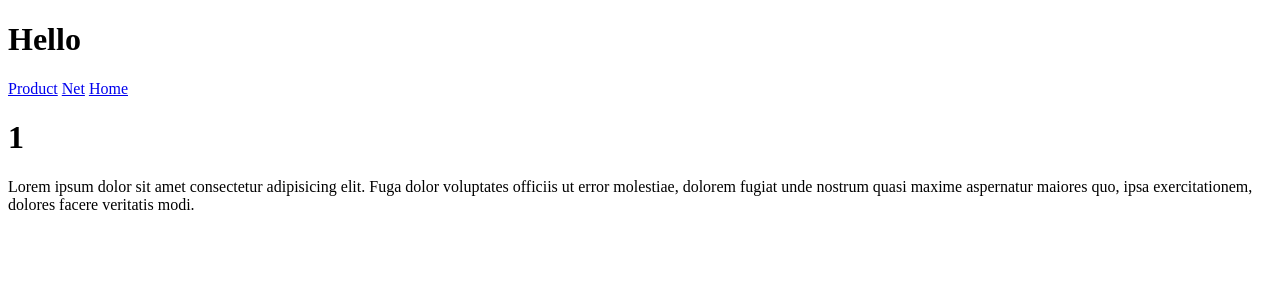
Repository: Nguyen-Toan-2004/du-an-test
Page: index.html
These files come from the project's save history. The page is drawn as it stood at one moment and after a run of saves; the edit follows.
The browser window is 1280 px wide. The pictures show the whole page.

Above is the page before, as saved 2025-10-20 19:52:28.

### index.html
<!DOCTYPE html>
<html lang="en">
  <head>
    <meta charset="UTF-8" />
    <meta name="viewport" content="width=device-width, initial-scale=1.0" />
    <title>Index</title>
  </head>
  <style>
    p{
      display: grid;
      grid-template-columns: repeat();

    }
  </style>
  <body>
    <h1>Hello</h1>
    <a href="product.htm">Product</a>
    <a href="net.htm">Net</a>
    <a href="home.html">Home</a>
    <h1>1</h1>
    <p>
      Lorem ipsum dolor sit amet consectetur adipisicing elit. Fuga dolor
      voluptates officiis ut error molestiae, dolorem fugiat unde nostrum quasi
      maxime aspernatur maiores quo, ipsa exercitationem, dolores facere
      veritatis modi.
    </p>
    <div></div>
  </body>
</html>

After the next 6 saves:
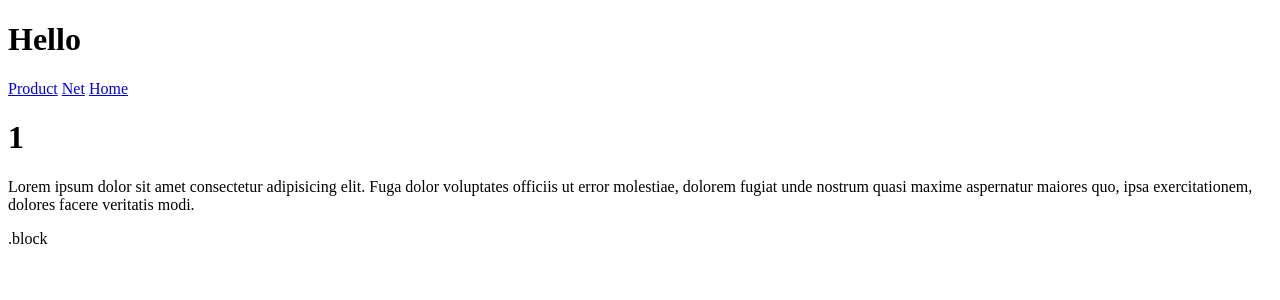
The 6 saves are shown as one change because they came seconds apart.
The last was saved 12 s later.
--- a/index.html
+++ b/index.html
@@ -24,6 +24,8 @@
       maxime aspernatur maiores quo, ipsa exercitationem, dolores facere
       veritatis modi.
     </p>
-    <div></div>
+    <div>
+      .block
+    </div>
   </body>
 </html>
